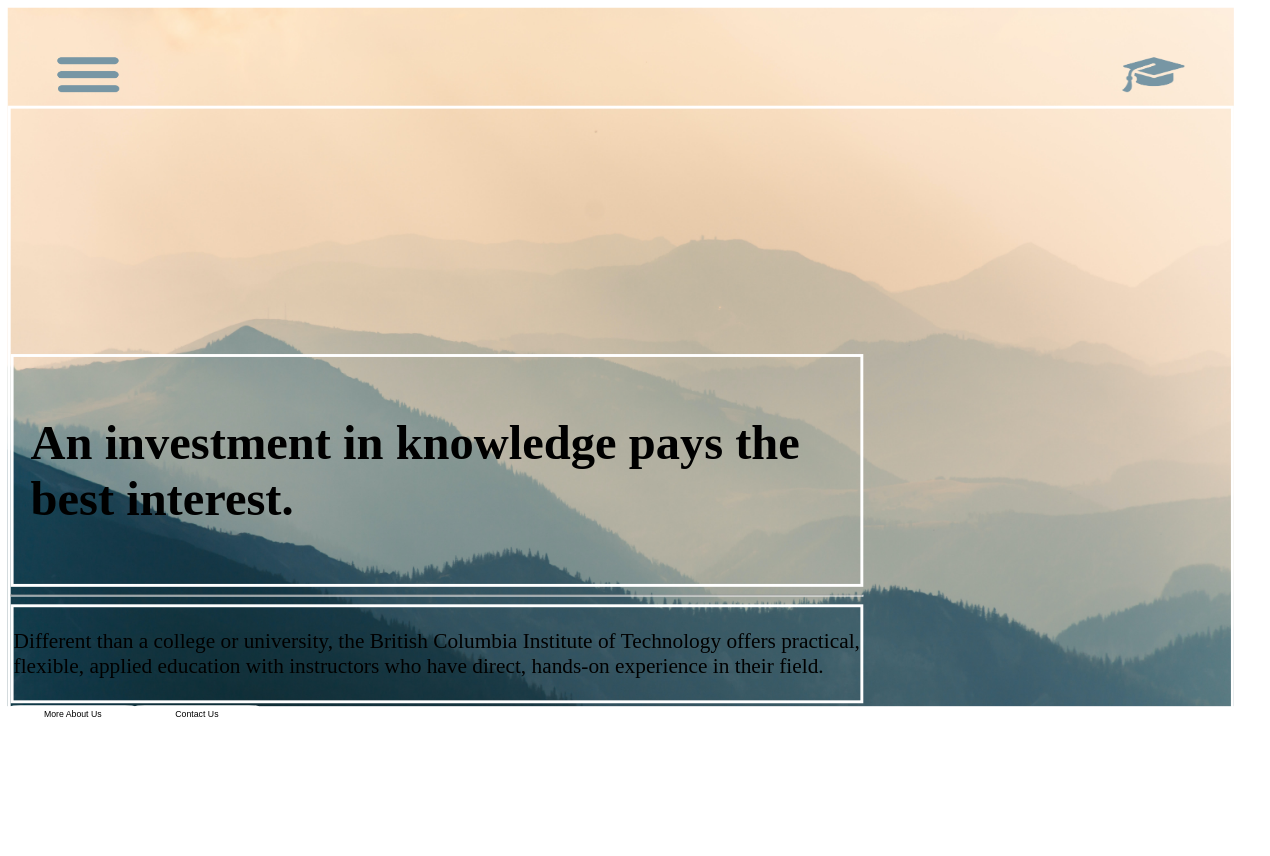
Repository: sierralaurent/MDIA2109-Assignment01
Page: /
These files come from the project's save history. The page is drawn as it stood at one moment and after the next save; the edit follows.
The browser window is 1280 px wide. The page is 1309 px wide, so the pictures cover 1309 px, including what lies to the right of the window. The pictures show the whole page, at 97% of full size.
The project was rebuilt for these pictures with package versions that can differ from the ones it lists, and the page was loaded fresh each time. The framework's server and built-in components were replaced by stand-ins that run in the browser. Also part of the build but not shown: next.config.js.

Above is the page before, as saved 2023-02-05 12:50:18.

### pages/index.js
import Head from 'next/head'
import Image from 'next/image'
import { Inter } from '@next/font/google'
import styles from '@/styles/Home.module.css'
import Link from 'next/link'


const inter = Inter({ subsets: ['latin'] })

export default function Home() {
  return (
    <>
    <nav>
      <Head>
        <title>Home</title>
        <meta name="author" content="MDIA 2109" />
        <meta property="og:title" content="Assignment #1 - Home Page" />
        <meta property="og:description" content="BCIT Digital Design and Development Diploma" />
        <link rel="icon" href="/favicon.png" />
        </Head>
        <main className={styles.main} >
          <div className={styles.nav}>
            <img src="icons/menu-icon.png" className={styles.icon1}/>
            <img src="icons/graduation-hat.png" className={styles.icon2}/>
          </div>
          <div className={styles.middle}>
            <div >
            <div className={styles.intro}>
            <h1>An investment in knowledge pays the best interest.</h1>
            </div>
            <hr></hr>
            <div className={styles.intro2}>
            <p>Different than a college or university, the British Columbia Institute of Technology offers practical, flexible, applied education with instructors who have direct, hands-on experience in their field.</p>
            </div>
            </div>

            <div className={styles.buttons}>
            <Link href="/about">
          <button className={styles.butt}>More About Us</button>
        </Link>
        <Link href="/contact">
        <button className={styles.butt}>Contact Us</button>
        </Link>
            </div>
            </div>
          <div className={styles.bottom}>
            <a href="/about">
              <span className={styles.icon3}>
                <img src="icons/downwardArrow.png"/>
              </span>
            </a>
          </div>
        </main>
    </nav>
    </>
  )
}

### styles/Home.module.css
.main {
  background-image: url('../public/background-images/backgroundMountain.jpg');
  background-size: cover;
  height: 100vh;
}

.nav {
  padding: 4%;
}

.buttons {

  bottom: 6rem;
  left: 1rem;
}

.butt {
  border: 3px solid white;
  border-radius: 8%;
  background-color: transparent;
  width: 10vw;
  height: 2.5vh;
  max-width: 15vw;
  max-height: 5vh;
  font-size: 1.25vh;

}

.butt:hover {
  background-color: white;
  color: black;
}

.intro {
  display: flex;
  border: 3px solid white;

}

.intro2 {
  display: flex;
  justify-content: left;
  flex-direction: row;
  border: 3px solid white;
  font-size: 22px;
}

.intro h1 {
  font-size: 50px;
  padding: 2%;
  flex-direction: row;
}
.intro p {
  font-size: 30px;
  padding: 2%;
  flex-direction: row;
}

.middleintro {
  border: 3px solid white;
  padding-top: 30%;
}

.middle {
  border: 3px solid white;
  display: flex;
  flex-direction: column;
  justify-content: left;
  align-items: left;
  padding-top: 20%;
  padding-right: 30%;
}

.icon1 {
  width: 5vw;
  height: 5vh;
  float: left;
}

.icon2 {
  width: 5vw;
  height: 5vh;
  float: right;
}

.icon3 {
  width: 5vw;
  height: 5vh;
  float: right;
}

.bottom {

  bottom: 10rem;
  right: 5rem;
}

/* Desktop */
@media only screen and (min-width: 1000px) {
    .middle {
      max-width: fit-content;
    }
}


/* Tablet or iPad Air */
@media only screen and (min-width: 600px) and (max-width: 999px ) {

}

/* Mobile or iPhone XR */
@media only screen and (max-width: 599px ) {

}

Loaded but not shown: pages/_document.js (common file)

After the next save:
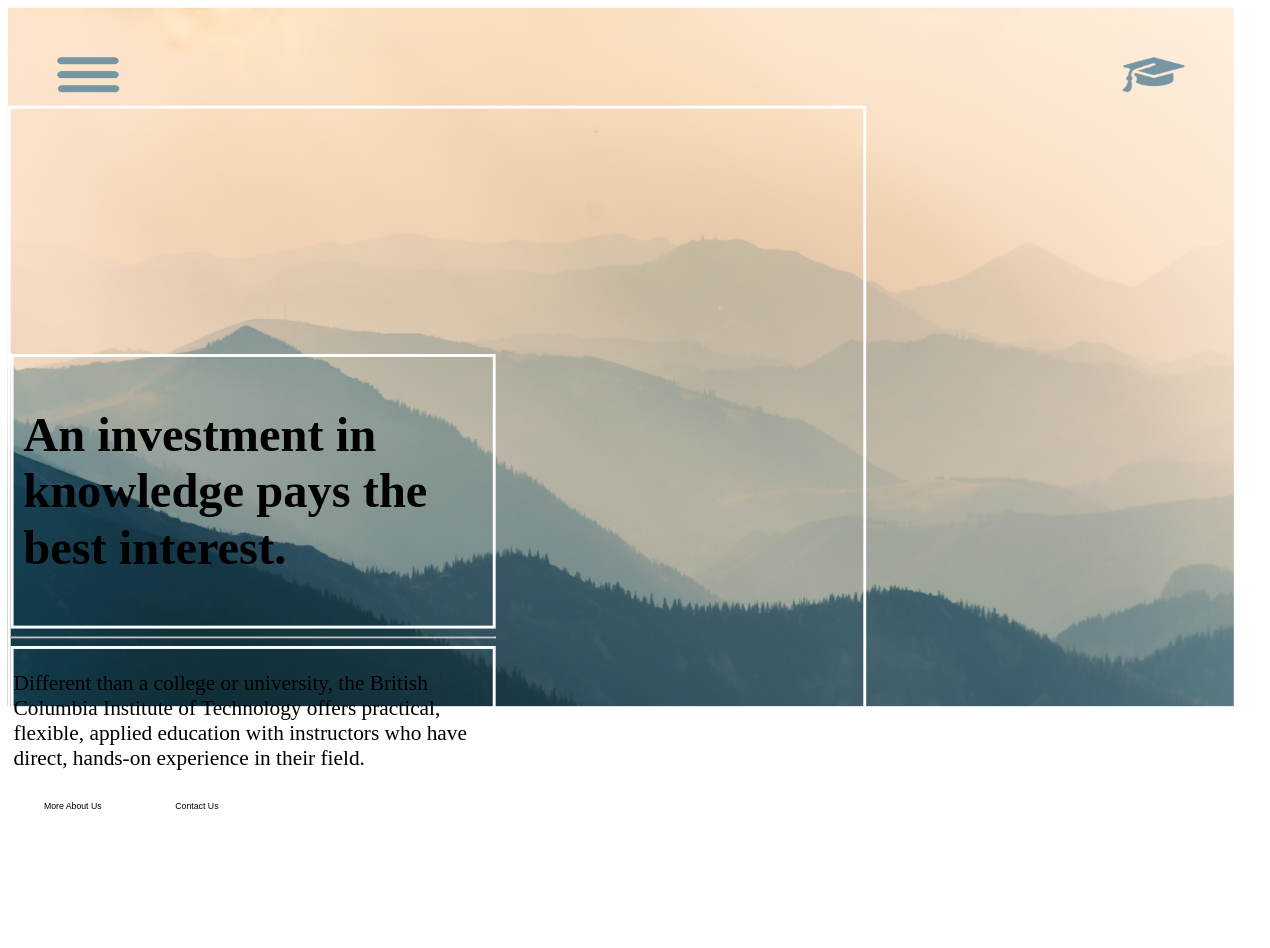
Saved 76 s later.
--- a/styles/Home.module.css
+++ b/styles/Home.module.css
@@ -98,7 +98,7 @@
 /* Desktop */
 @media only screen and (min-width: 1000px) {
     .middle {
-      max-width: fit-content;
+      max-width: 500px;
     }
 }
 
